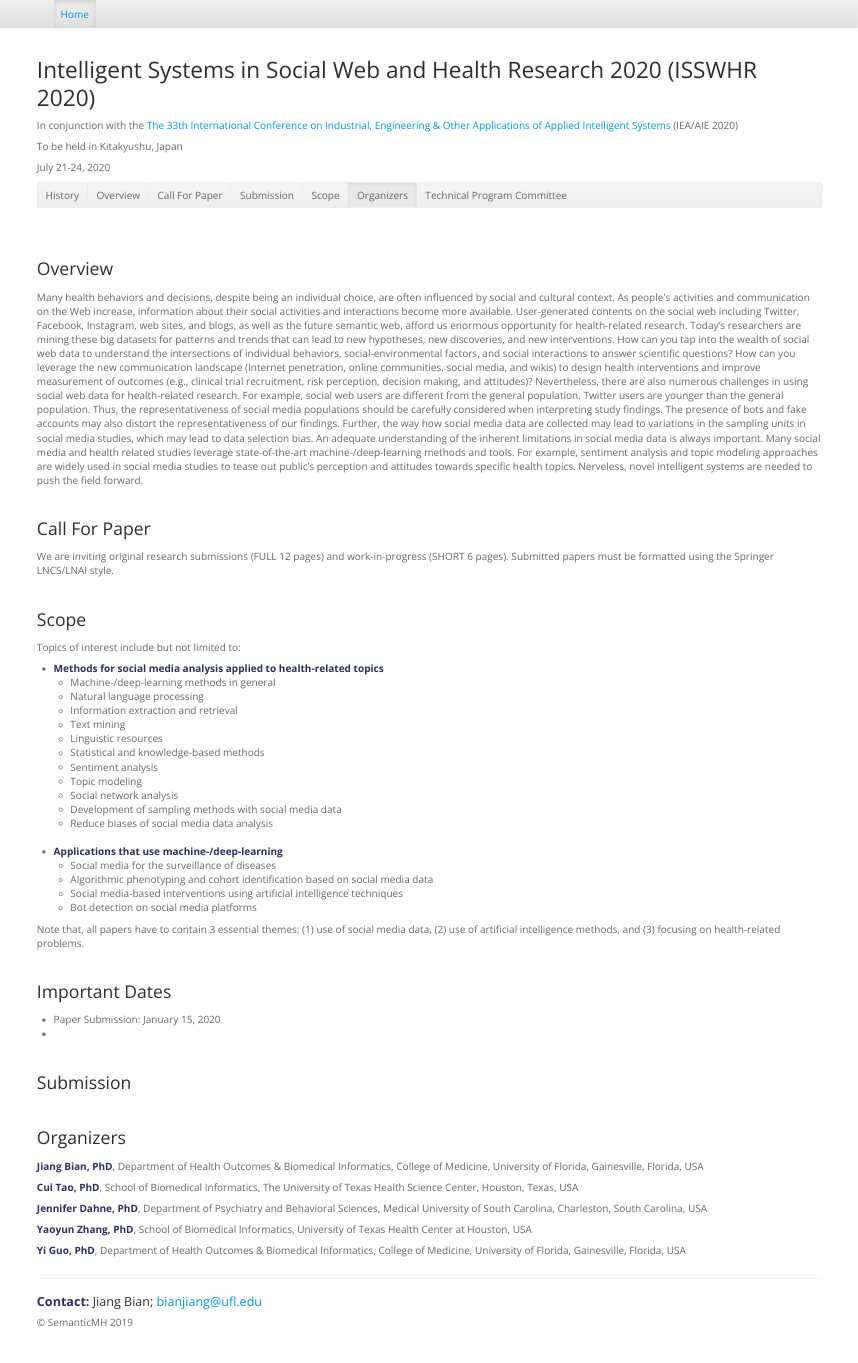
Repository: bianjiang/semantics-powered.org
Page: ISSWHR-2020/index.html
An editor plug-in stored every save of this project. The page is shown before and after a run of saves, followed by the edit.
The browser window is 1280 px wide. The pictures show the whole page, at 67% of full size.
Some web libraries are served in a nearby version.

Above is the page before, as saved 2019-10-26 17:07:45.
Console error (its wording comes from the project's code and is left out).

### ISSWHR-2020/index.html
<!DOCTYPE html>
<!--[if lt IE 7]>      <html class="no-js lt-ie9 lt-ie8 lt-ie7"> <![endif]-->
<!--[if IE 7]>         <html class="no-js lt-ie9 lt-ie8"> <![endif]-->
<!--[if IE 8]>         <html class="no-js lt-ie9"> <![endif]-->
<!--[if gt IE 8]><!-->
<html class="no-js">
<!--<![endif]-->

<head>
  <meta charset="utf-8">
  <meta http-equiv="X-UA-Compatible" content="IE=edge,chrome=1">
  <title></title>
  <meta name="description" content="">
  <meta name="viewport" content="width=device-width">

  <link rel="stylesheet" href="css/bootstrap.min.css">
  <style>
    body {
      padding-top: 60px;
      padding-bottom: 40px;
    }
  </style>
  <link rel="stylesheet" href="css/bootstrap-responsive.min.css">
  <link rel="stylesheet" href="css/main.css">

  <script src="js/vendor/modernizr-2.6.2-respond-1.1.0.min.js"></script>
</head>

<body class="preview" id="top" data-spy="scroll" data-target=".subnav" data-offset="80">
  <!--[if lt IE 7]>
            <p class="chromeframe">You are using an <strong>outdated</strong> browser. Please <a href="http://browsehappy.com/">upgrade your browser</a> or <a href="http://www.google.com/chromeframe/?redirect=true">activate Google Chrome Frame</a> to improve your experience.</p>
        <![endif]-->

  <!-- This code is taken from http://twitter.github.com/bootstrap/examples/hero.html -->

  <div class="navbar navbar-fixed-top">
    <div class="navbar-inner">
      <div class="container">

        <a class="btn btn-navbar" data-toggle="collapse" data-target=".nav-collapse">
                        <span class="icon-bar"></span>
                        <span class="icon-bar"></span>
                        <span class="icon-bar"></span>
                    </a>
        <a class="brand" href="#">&nbsp;</a>
        <div class="nav-collapse collapse">
          <ul class="nav">
            <li class="active"><a href="#">Home</a></li>
            <!--
                            <li><a href="#aboutxx">About</a></li>
                            <li><a href="#contact">Contact</a></li>
                            -->
          </ul>
        </div>

      </div>

    </div>
  </div>

  <div class="container">

    <!-- Main hero unit for a primary marketing message or call to action -->
    <!--
            <div class="hero-unit">
                <h1>Hello, world!</h1>
                <p>This is a template for a simple marketing or informational website. It includes a large callout called the hero unit and three supporting pieces of content. Use it as a starting point to create something more unique.</p>
                <p><a class="btn btn-primary btn-large">Learn more &raquo;</a></p>
            </div>
            -->
    <!-- Masthead
================================================== -->
    <header class="jumbotron subhead" id="overview">
      <div class="row">
        <div class="span12">
          <br/>
          <h2>Intelligent Systems in Social Web and Health Research 2020 (ISSWHR 2020)</h2>
          <p>In conjunction with the <a href="https://jsasaki3.wixsite.com/ieaaie2020" target="_blank">The 33th International Conference on Industrial, Engineering & Other Applications of Applied Intelligent Systems</a> (IEA/AIE 2020)</p>
          <p>To be held in Kitakyushu, Japan</p>
          <p>July 21-24, 2020</p>
        </div>
        <div class="span6">
          <!--
      <div class="bsa well">
          <div id="bsap_1277971" class="bsarocks bsap_c466df00a3cd5ee8568b5c4983b6bb19"></div>
      </div>
    -->
        </div>
      </div>
      <div class="subnav">
        <ul class="nav nav-pills">
          <li><a href="#history">History</a></li>
          <li><a href="#overview">Overview</a></li>
          <!-- <li><a href="#audience">Audience</a></li> -->
          <li><a href="#callforpaper">Call For Paper</a></li>
          <li><a href="#submissions">Submission</a></li>
          <!-- <li><a href="#rational">Rational</a></li>
          <li><a href="#workshopstructure">Workshop Structure</a></li> -->
          <!-- <li><a href="#publicity">Publicity</a></li> -->
          <li><a href="#scope">Scope</a></li>
          <li><a href="#organizers">Organizers</a></li>
          <li><a href="#techprogcom">Technical Program Committee</a></li>
        </ul>
      </div>
    </header>

    <!-- <section id="History">
      <div class="row">
        <div class="span12">
          <h3>History</h3>
          <p>The 1st International Workshop on the Semantics of Mental Health (SemanticMH 2018) was successfully organized and hosted in conjunction with the sixth IEEE International Conference on Healthcare Informatics (ICHI 2018) on June 7th, 2018 in New York City, NY, USA.  Overall, we received 7 high quality submissions and we accepted 6 of them.  The accepted papers were published in the IEEE ICHI 2018 workshop proceedings; and we invited the authors of these 6 accepted papers to submit an extended journal version to a special issue (“Special Issue: Semantics of Mental Health”) in the Health Informatics Journal (IF 3.021).
           All authors presented their work in ICHI 2018; and we have invited two keynote speakers (i.e., Drs. Jessie Tenenbaum and Piper Ranallo) from the Mental Health Informatics Working Group (WG) of the American Medical Informatics Association (AMIA) to present a report from the WG titled, “Mental Health Informatics and Knowledge Representation.”  Overall, SemanticsMH 2018 was highly successful and facilitated the exchange of scholar ideas from a group of interdisciplinary researches.
        </p>
        </div>
      </div>
    </section> -->

    <section id="overview">
      <div class="row">
        <div class="span12">
          <h3>Overview</h3>
          <p>Many health behaviors and decisions, despite being an individual choice, are often influenced by social and cultural context.  As people's activities and communication on the Web increase, information about their social activities and interactions become more available.  User-generated contents on the social web including Twitter, Facebook, Instagram, web sites, and blogs, as well as the future semantic web, afford us enormous opportunity for health-related research.  Today’s researchers are mining these big datasets for patterns and trends that can lead to new hypotheses, new discoveries, and new interventions.  How can you tap into the wealth of social web data to understand the intersections of individual behaviors, social-environmental factors, and social interactions to answer scientific questions?  How can you leverage the new communication landscape (Internet penetration, online communities, social media, and wikis) to design health interventions and improve measurement of outcomes (e.g., clinical trial recruitment, risk perception, decision making, and attitudes)?

            Nevertheless, there are also numerous challenges in using social web data for health-related research.  For example, social web users are different from the general population.  Twitter users are younger than the general population.  Thus, the representativeness of social media populations should be carefully considered when interpreting study findings.  The presence of bots and fake accounts may also distort the representativeness of our findings.  Further, the way how social media data are collected may lead to variations in the sampling units in social media studies, which may lead to data selection bias.  An adequate understanding of the inherent limitations in social media data is always important.

            Many social media and health related studies leverage state-of-the-art machine-/deep-learning methods and tools.  For example, sentiment analysis and topic modeling approaches are widely used in social media studies to tease out public’s perception and attitudes towards specific health topics.  Nerveless, novel intelligent systems are needed to push the field forward.
            </p>
        </div>
      </div>
    </section>

    <!-- <section id="audience">
      <div class="row">
        <div class="span12">
          <h3>Audience</h3>
          <p>The goal of this workshop is to bring experts in the field of natural language processing, knowledge representation, knowledge management, and health data analytics to discuss innovative analytical methods, applications, and tools to address problems in mental health.
        </p>
        </div>
      </div>
    </section> -->

    <section id="callforpaper">
      <div class="row">
        <div class="span12">
          <h3>Call For Paper</h3>
          <p>We are inviting original research submissions (FULL 12 pages) and work-in-progress (SHORT 6 pages).  Submitted papers must be formatted using the Springer LNCS/LNAI style.</p>
        </div>
      </div>
    </section>
    <section id="scope">
        <div class="row">
          <div class="span12">
            <h3>Scope</h3>
            <p>Topics of interest include but not limited to:</p>
            <ul>
              <li>
                <b>Methods for social media analysis applied to health-related topics</b>
                <ul>
                  <li>Machine-/deep-learning methods in general</li>
                  <li>Natural language processing</li>
                  <li>Information extraction and retrieval</li>
                  <li>Text mining</li>
                  <li>Linguistic resources</li>
                  <li>Statistical and knowledge-based methods</li>
                  <li>Sentiment analysis</li>
                  <li>Topic modeling</li>
                  <li>Social network analysis</li>
                  <li>Development of sampling methods with social media data</li>
                  <li>Reduce biases of social media data analysis</li>
                </ul>
              </li>
              <br>
              <li>
                <b>Applications that use machine-/deep-learning</b>
                <ul>
                  <li>Social media for the surveillance of diseases</li>
                  <li>Algorithmic phenotyping and cohort identification based on social media data</li>
                  <li>Social media-based interventions using artificial intelligence techniques</li>
                  <li>Bot detection on social media platforms</li>
                </ul>
              </li>
            </ul>
            <p>Note that, all papers have to contain 3 essential themes: (1) use of social media data, (2) use of artificial intelligence methods, and (3) focusing on health-related problems.</p>
          </div>
        </div>
      </section>

      <section id="dates">
          <div class="row">
            <div class="span12">
              <h3>Important Dates</h3>
              <ul>
                <li>Paper Submission: January 15, 2020</li>
                <li></li>
              </ul>
            </div>
          </div>
        </section>

    <section id="submissions">
      <div class="row">
        <div class="span12">
          <h3>Submission</h3>
          <!-- <p>Submission Link: <a href="https://easychair.org/conferences?conf=semanticmh2019" target="_blank">https://easychair.org/conferences?conf=semanticmh2019</a></p> -->
        </div>
      </div>
    </section>

    <!-- <section id="rational">
      <div class="row">
        <div class="span12">
          <h3>Rational</h3>
          <p>Our proposed workshop aims to provide an international platform for the researchers and scientists in the mental health communities to demonstrate research progresses, share ideas, address questions, and promote collaborations for better representation and analysis of mental health-related terminologies and clinical and research data.
        </p>
        </div>
      </div>
    </section> -->

    <!-- <section id="workshopstructure">
      <div class="row">
        <div class="span12">
          <h3>Workshop Structure</h3>
          <p>We propose a half-day SemanticMH workshop for this year. We will arrange 3 hours for paper presentations and 1 hour for extensive discussions. Different sessions will be arranged based on the topics of presentations. Depending on the number of papers accepted for presentation, each paper presentation will be restricted to 10-25 minutes for a full-length paper, and 5-15 minutes for a short-length paper. All the papers will be submitted and handled through EasyChair and go through peer reviews by at least two reviewers. After the full papers are accepted, we will work with the Health Informatics editors and reviewers to decide which papers will be formally invited for extension to be included in a thematic series in the Health Informatics journal.
        </p>
        </div>
      </div>
    </section>


    <section id="publicity">
      <div class="row">
        <div class="span12">
          <h3>Publicity</h3>
          <p>Various methods will be used for advertisement, including: (i) posting in email mailing lists and through private emails; (ii) creating a workshop discussion email list address and using it for sharing news and posting, (iii) posting in influential websites, (iv) phone calls to colleagues and friends who may be interested, (v) generating a workshop website dedicated to this event, and inviting potential attendees to visit, and (vi) generating a social networking website in LinkedIn to attract public attention, participation, and discussion. The main difference between the workshop website and the LinkedIn website will be that the workshop website is dedicated for posting the workshop information, and the LinkedIn website is used for social networking.
        </p>
        </div>
      </div>
    </section> -->



    <section id="organizers">
      <div class="row">
        <div class="span12">
          <h3>Organizers</h3>
          <p><b>Jiang Bian, PhD</b>, Department of Health Outcomes & Biomedical Informatics, College of Medicine, University of Florida, Gainesville, Florida, USA</p>
          <p><b>Cui Tao, PhD</b>, School of Biomedical Informatics, The University of Texas Health Science Center, Houston, Texas, USA</p>
          <p><b>Jennifer Dahne, PhD</b>, Department of Psychiatry and Behavioral Sciences, Medical University of South Carolina, Charleston, South Carolina, USA</p>
          <p><b>Yaoyun Zhang, PhD</b>, School of Biomedical Informatics, University of Texas Health Center at Houston, USA</p></p>
          <p><b>Yi Guo, PhD</b>, Department of Health Outcomes & Biomedical Informatics, College of Medicine, University of Florida, Gainesville, Florida, USA</p></p>
        </div>
      </div>
    </section>

    <!-- <section id="techprogcom">
      <div class="row">
        <div class="span12">
          <h3>Technical Program Committee</h3>
          <p>Comming Soon...</p>
        </div>
      </div>
    </section> -->
    <hr>
    <h4><b>Contact:</b> Jiang Bian; <a href="mailto:bianjiang@ufl.edu">bianjiang@ufl.edu</a></h4>
    <footer>
      <p>&copy; SemanticMH 2019</p>
    </footer>

  </div>
  <!-- /container -->

  <script src="//ajax.googleapis.com/ajax/libs/jquery/1.9.1/jquery.min.js"></script>
  <script>
    window.jQuery || document.write('<script src="js/vendor/jquery-1.9.1.min.js"><\/script>')
  </script>

  <script src="js/vendor/bootstrap.min.js"></script>

  <script src="js/plugins.js"></script>
  <script src="js/main.js"></script>
  <script>
      (function (i, s, o, g, r, a, m) {
i['GoogleAnalyticsObject'] = r; i[r] = i[r] || function () {
        (i[r].q = i[r].q || []).push(arguments)
      }, i[r].l = 1 * new Date(); a = s.createElement(o),
        m = s.getElementsByTagName(o)[0]; a.async = 1; a.src = g; m.parentNode.insertBefore(a, m)
      })(window, document, 'script', 'https://www.google-analytics.com/analytics.js', 'ga');

    ga('create', 'UA-50982144-4', 'auto');
    ga('send', 'pageview');
  </script>
</body>

</html>

Loaded but not shown: ISSWHR-2020/css/bootstrap.min.css (library); ISSWHR-2020/css/bootstrap-responsive.min.css (library); ISSWHR-2020/js/vendor/modernizr-2.6.2-respond-1.1.0.min.js (library); ISSWHR-2020/js/vendor/bootstrap.min.js (library); ISSWHR-2020/js/main.js (95 lines, source omitted); ISSWHR-2020/js/plugins.js (24 lines, source omitted); ISSWHR-2020/css/main.css (463 lines, source omitted)

After the next 3 saves:
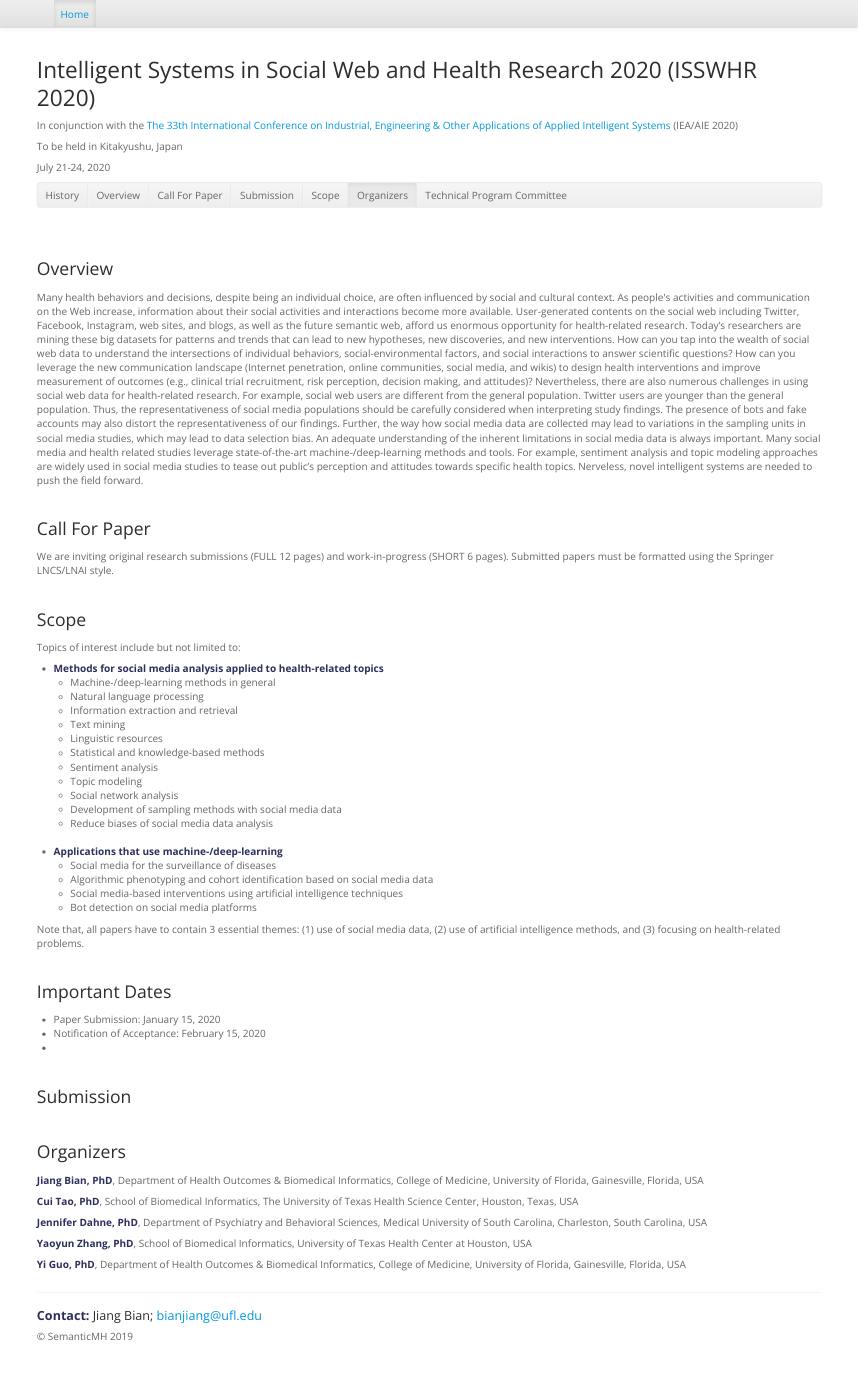
The 3 saves are shown as one change because they came seconds apart.
The last was saved 11 s later.
--- a/ISSWHR-2020/index.html
+++ b/ISSWHR-2020/index.html
@@ -191,6 +191,7 @@
               <h3>Important Dates</h3>
               <ul>
                 <li>Paper Submission: January 15, 2020</li>
+                <li>Notification of Acceptance: February 15, 2020</li>
                 <li></li>
               </ul>
             </div>
